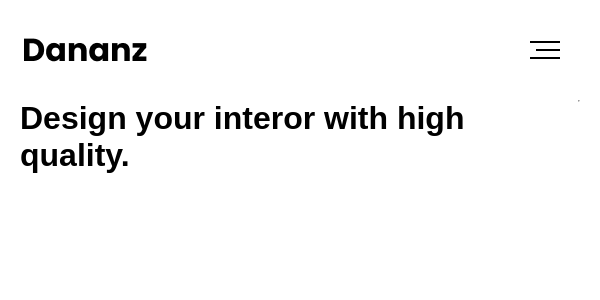
Repository: AsadKasimov/disain
Page: index.html
An editor plug-in stored every save of this project. The page is shown before and after the next save, followed by the edit.
The browser window is 600 px wide. The pictures show the whole page.

Above is the page before, as saved 2023-04-20 01:18:19.

### index.html
<!DOCTYPE html>
<html lang="en">
<head>
    <meta charset="UTF-8">
    <meta http-equiv="X-UA-Compatible" content="IE=edge">
    <meta name="viewport" content="width=device-width, initial-scale=1.0">
    <title>F</title>
    <link rel="stylesheet" href="./style.css">
</head>
<body>
    <div class="wrapper">
        <header class="header">
            <!-- Шапка -->
            <div class="logo">
                <img src="./img/Dananz.png" alt="">
            </div>

            <!-- Меню сайта -->
            <nav class="nav">
                <ul>
                    <li>Home</li>
                    <li>About Us</li>
                    <li>Services</li>
                    <li>Our Teams</li>
                    <li>Contact Us</li>

                </ul>
            </nav>

            <!-- Иконка бургерменю -->
            <div class="burger">
                <span></span>
            </div>
        </header>
        <div class="menu">
            <div class="text-menu">
                <h1>Design your interor with high quality.</h1>
            </div>
            <div class="text-line"><hr></div>

        </div>

    </div>



    <script>
        document.querySelector('.burger').addEventListener('click', function() {
            this.classList.toggle('active');
            document.querySelector('.nav').classList.toggle('open');
        })
    </script>
</body>
</html>

### style.css

html, body {
  height: 100%;
  width: 100%;

}

body {
  display: flex;
  flex-direction: column;
  font-family: Arial, "Helvetica Neue", Helvetica, sans-serif;
  background-color: #fff;

}

*{
  padding: 0;
  margin: 0;
  box-sizing: border-box;
}

.wrapper{
  flex-grow: 1;
}

.open{
  display: flex !important;
}

.header{
  display: flex;
  align-items: center;
  justify-content: space-between;
  min-height: 100px;
  background-color: #fff;
  color: #000;
  padding: 0 40px;
}

.logo{
  display: flex;
  justify-content: center;
  flex-direction: column;
  align-items: center;

  width: 90px;
  height: 90px;
}

.nav{
  display: flex;
  width: 700px;
  padding: 0 40px;
}

.nav ul{
  width: 100%;
  list-style: none;
  display: flex;
  justify-content: space-between;
}

.burger{
  display: none;
  position: relative;
  z-index: 50;
  align-items: center;
  justify-content: flex-end;
  width: 30px;
  height: 18px;
}

.burger span{
  height: 2px;
  width: 80%;
  transform: scale(1);
  background-color: #000;
}

.burger::before, .burger::after{
  content: '';
  position: absolute;
  height: 2px;
  width: 100%;
  background-color: #000;
  transition: all 0.3s ease 0s;
}

.burger::before { top: 0 }

.burger::after { bottom: 0 }


.burger.active span { transform: scale(0) }

.burger.active::before{
  top: 50%;
  transform: rotate(-45deg) translate(0, -50%);
}

.burger.active::after{
  bottom: 50%;
  transform: rotate(45deg) translate(0, 50%);
}

h1 {
  display: block;
  font-size: 2em;
  margin-block-start: 0;
  margin-block-end: 0;
  margin-inline-start: 0px;
  margin-inline-end: 0px;
  font-weight: bold;
}

.menu{
  display: flex;
  justify-content: flex-start;
  padding: 0 20px;
}

.text-menu{
  font-weight: 700;
}

@media (max-width: 700px) {

  .burger { display: flex }

  .nav{
      display: none;
      flex-direction: column;
      position: fixed;
      height: 100%;
      width: 100%;
      top: 0; bottom: 0; left: 0; right: 0;
      z-index: 50;
      overflow-y: auto;
      padding: 50px 40px;
      background-color: ghostwhite;

  }

  .nav ul{
      flex-direction: column;
      row-gap: 30px;
  }
}

After the next save:
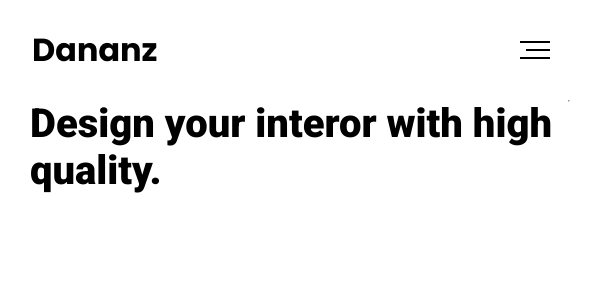
Saved 58 s later.
--- a/style.css
+++ b/style.css
@@ -1,3 +1,4 @@
+@import url('https://fonts.googleapis.com/css2?family=Roboto:ital,wght@0,100;0,300;0,400;0,500;0,900;1,100;1,300;1,400;1,500;1,700;1,900&display=swap');
 
 html, body {
   height: 100%;
@@ -8,7 +9,7 @@ html, body {
 body {
   display: flex;
   flex-direction: column;
-  font-family: Arial, "Helvetica Neue", Helvetica, sans-serif;
+  font-family: 'Roboto', sans-serif;
   background-color: #fff;
 
 }
@@ -34,7 +35,7 @@ body {
   min-height: 100px;
   background-color: #fff;
   color: #000;
-  padding: 0 40px;
+  padding: 0 90px;
 }
 
 .logo{
@@ -116,14 +117,38 @@ h1 {
 .menu{
   display: flex;
   justify-content: flex-start;
-  padding: 0 20px;
+  padding: 0 70px;
+  width: 600px;
 }
 
 .text-menu{
   font-weight: 700;
+  font-size: 30px;
 }
 
 @media (max-width: 700px) {
+
+  .header{
+    display: flex;
+    align-items: center;
+    justify-content: space-between;
+    min-height: 100px;
+    background-color: #fff;
+    color: #000;
+    padding: 0 50px;
+  }
+
+  .text-menu{
+    font-weight: 700;
+    font-size: 20px;
+  }
+
+  .menu{
+    display: flex;
+    justify-content: flex-start;
+    padding: 0 30px;
+
+  }
 
   .burger { display: flex }
 
